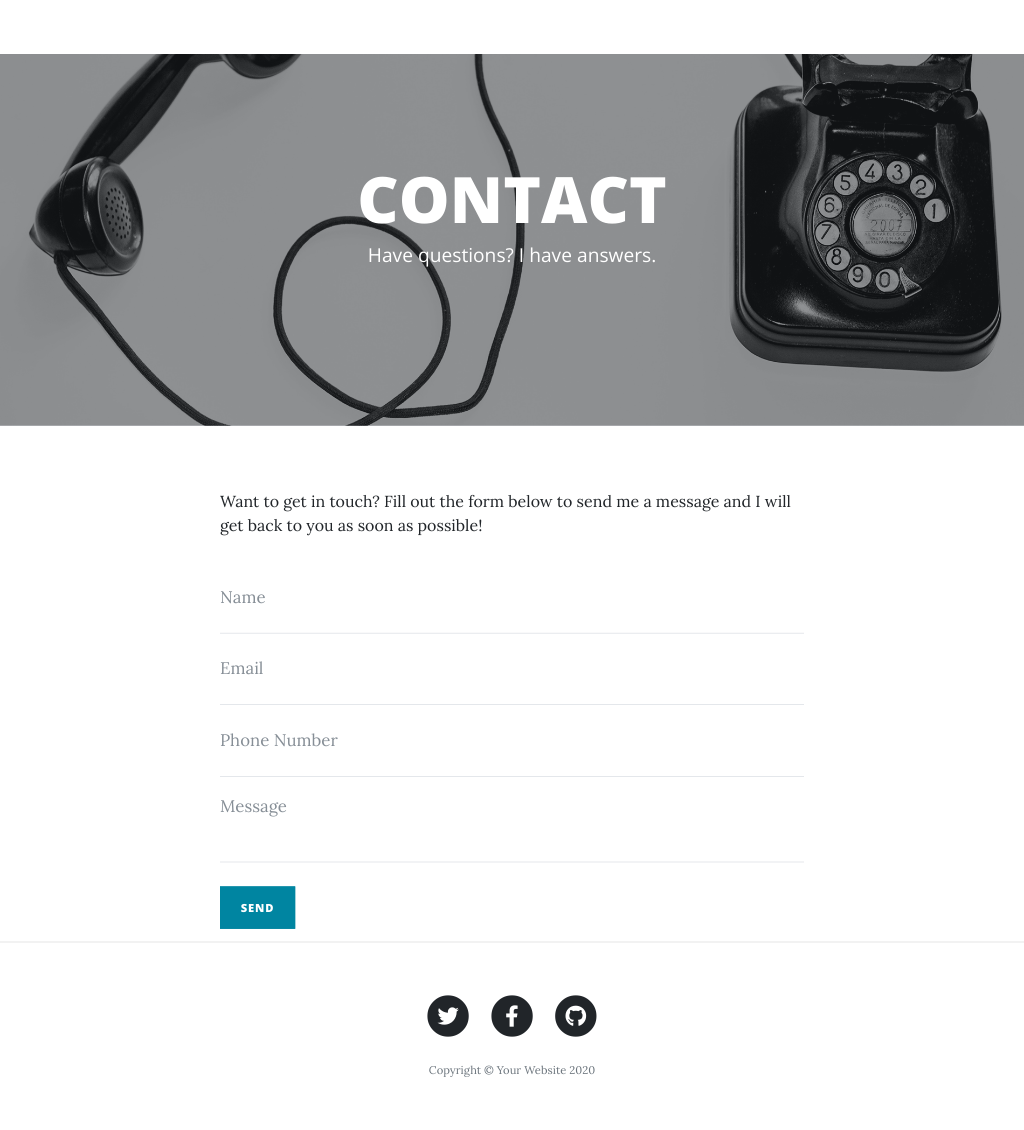
Repository: elvinyeka/elvin-blog
Page: http://localhost/contact
An editor plug-in stored every save of this project. The page is shown before and after the next save, followed by the edit.
The browser window is 1280 px wide. The pictures show the whole page, at 80% of full size.
The page is served by the project's application, run on Flask 3 (CLEANBLOG/__init__.py).

Above is the page before, as saved 2020-10-21 00:00:59.

After the next save:
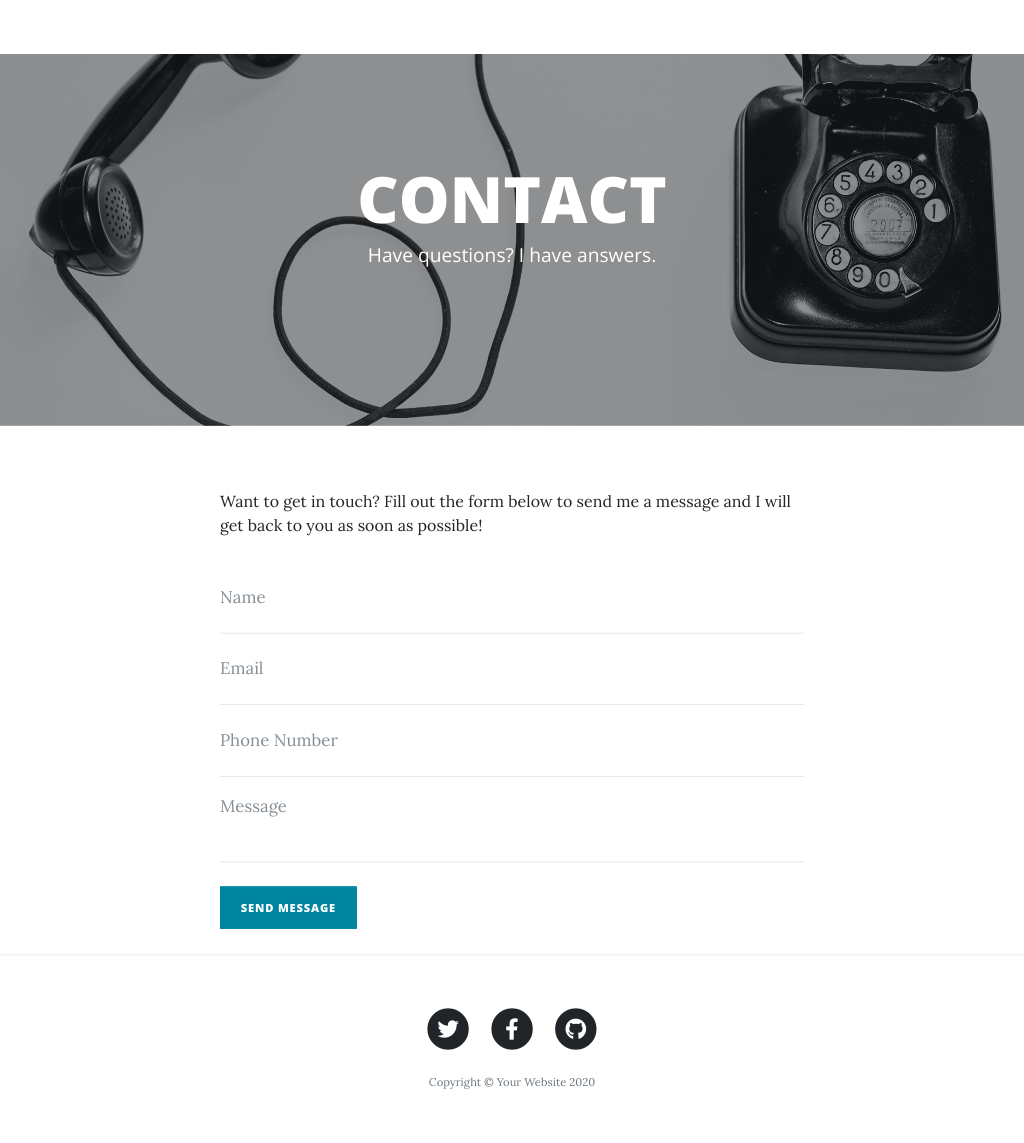
Saved 5 min 49 s later.
--- a/CLEANBLOG/templates/contact.html
+++ b/CLEANBLOG/templates/contact.html
@@ -51,7 +51,9 @@
                 </div>
                 <br>
                 <div id="success"></div>
-                <button type="submit" class="btn btn-primary" id="sendMessageButton">Send</button>
+                <div class="form-group">
+                    {{ form.submit(class='btn btn-primary') }}
+                </div>
             </form>
         </div>
     </div>
